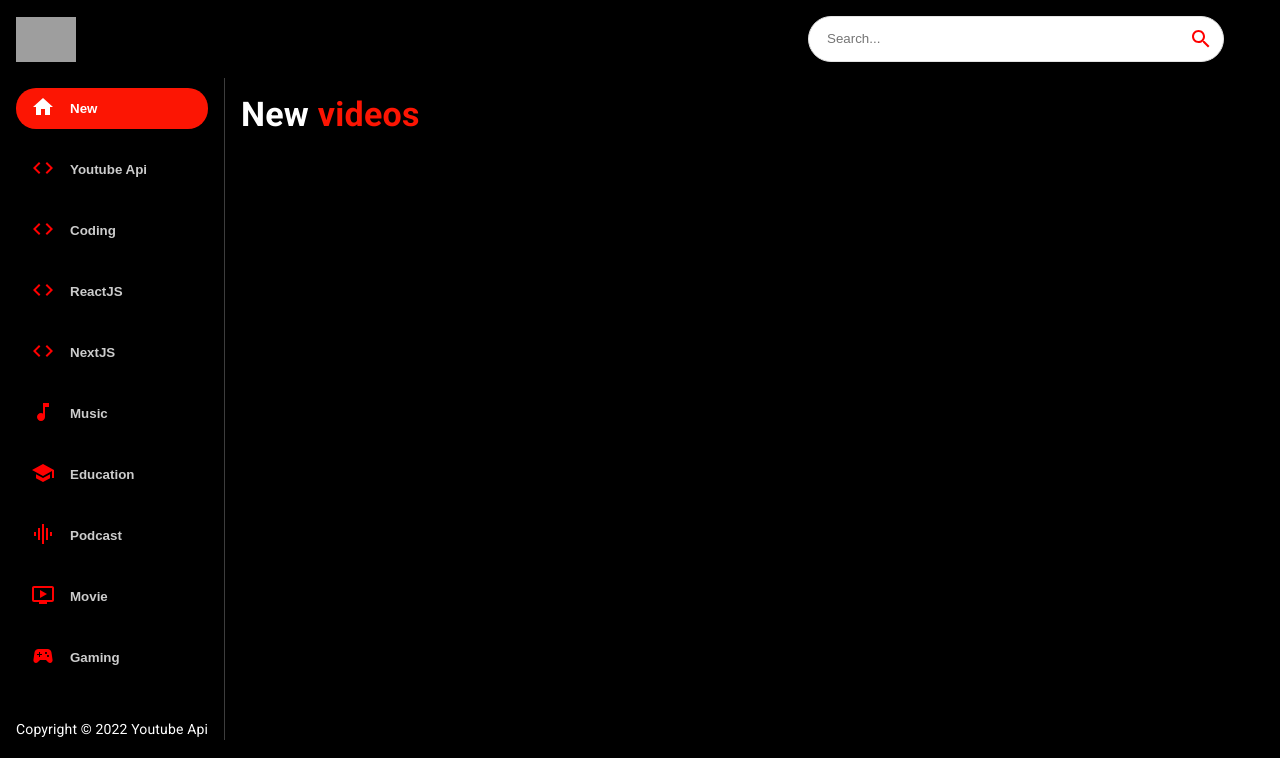
Repository: Ellisvelandia/YOUTUBE2
Page: /
These files come from the project's save history. The page is drawn as it stood at one moment and after the next save; the edit follows.
The browser window is 1280 px wide. The pictures show the whole page.
Pictures or frames that could not be fetched are drawn as grey boxes. The page's requests for data from a server got no answer. The project was rebuilt for these pictures with package versions that can differ from the ones it lists, and the page was loaded fresh each time. No one was signed in, and anything a server would have sent is missing. Also part of the build but not shown: src/components/ChannelCard.jsx, src/components/VideoCard.jsx, src/components/ChannelDetail.jsx, src/components/VideoDetail.jsx, src/components/SearchFeed.jsx.

Above is the page before, as saved 2022-08-26 19:39:25.

### public/index.html
<!DOCTYPE html>
<html lang="en">
  <head>
    <meta charset="utf-8" />
    <link rel="icon" href="%PUBLIC_URL%/favicon.ico" />
    <meta name="viewport" content="width=device-width, initial-scale=1" />
    <meta name="theme-color" content="#000000" />
    <meta
      name="description"
      content="Web site created using create-react-app"
    />
    <link rel="apple-touch-icon" href="%PUBLIC_URL%/logo192.png" />

    <link rel="manifest" href="%PUBLIC_URL%/manifest.json" />

    <link
      rel="stylesheet"
      href="https://fonts.googleapis.com/css?family=Roboto:300,400,500,700&display=swap"
    />
    <link
      rel="stylesheet"
      href="https://fonts.googleapis.com/icon?family=Material+Icons"
    />
    <title>Youtube 2.0 App</title>
  </head>
  <body>
    <noscript>You need to enable JavaScript to run this app.</noscript>
    <div id="root"></div>
  </body>
</html>

### src/components/index.js
export { default as ChannelCard } from './ChannelCard';
export { default as VideoCard } from './VideoCard';
export { default as ChannelDetail } from "./ChannelDetail";
export { default as Feed } from "./Feed";
// export { default as Loader } from './Loader';
export { default as Navbar } from "./Navbar";
export { default as SearchBar } from "./SearchBar";
export { default as VideoDetail } from "./VideoDetail";
export { default as SearchFeed } from "./SearchFeed";
export { default as Videos } from "./Videos";
export { default as Sidebar } from "./Sidebar";

### src/components/Feed.jsx
import React, { useEffect, useState } from "react";
import { Box, Stack, Typography } from "@mui/material";

import { fetchFromAPI } from "../utils/fetchFromAPI";
import {  Sidebar, Videos } from "../components";

const Feed = () => {
  const [selectedCategory, setSelectedCategory] = useState("New");
  const [videos, setVideos] = useState(null);

  useEffect(() => {
    setVideos(null);

    fetchFromAPI(`search?part=snippet&q=${selectedCategory}`).then((data) =>
      setVideos(data.items)
    );
  }, [selectedCategory]);

  return (
    <Stack sx={{ flexDirection: { sx: "column", md: "row" } }}>
      <Box
        sx={{
          height: { sx: "auto", md: "92vh" },
          borderRight: "1px solid #3d3d3d",
          px: { sx: 0, md: 2 },
        }}
      >
        <Sidebar
          selectedCategory={selectedCategory}
          setSelectedCategory={setSelectedCategory}
        />

        <Typography
          className="copyright"
          variant="body2"
          sx={{ mt: 1.5, color: "#fff" }}
        >
          Copyright © 2022 Youtube Api
        </Typography>
      </Box>

      <Box p={2} sx={{ overflowY: "auto", height: "90vh", flex: 2 }}>
        <Typography
          variant="h4"
          fontWeight="bold"
          mb={2}
          sx={{ color: "white" }}
        >
          {selectedCategory} <span style={{ color: "#FC1503" }}>videos</span>
        </Typography>

        <Videos videos={videos}/>
      </Box>
    </Stack>
  );
};

export default Feed;

### src/components/Navbar.jsx
import { Stack } from "@mui/material";
import { Link } from "react-router-dom";

import { logo } from "../utils/constants";
import SearchBar from "./SearchBar";

const Navbar = () => (
  <Stack
    direction="row"
    alignItems="center"
    p={2}
    sx={{
      position: "sticky",
      background: "#000",
      top: 0,
      justifyContent: "space-between",
    }}
  >
    <Link to="/" style={{ display: "flex", alignItems: "center" }}>
      <img src={logo} alt="logo" height={45} />
    </Link>
    <SearchBar />
  </Stack>
);

export default Navbar;

### src/components/SearchBar.jsx
// import { useState } from "react";
// import { useNavigate } from "react-router-dom";
import { Paper, IconButton } from "@mui/material";
import { Search } from "@mui/icons-material";

const SearchBar = () => {
  return (
    <Paper
      component="form"
      onSubmit={() => {}}
      sx={{
        borderRadius: 20,
        border: "1px solid #e3e3e3",
        pl: 2,
        boxShadow: "none",
        mr: { sm: 5 },
      }}
    >
      <input
        className="search-bar"
        placeholder="Search..."
        value=""
        onChange={() => {}}
      />
      <IconButton type="submit" sx={{ p: "10px", color: "red" }}>
        <Search />
      </IconButton>
    </Paper>
  );
};

export default SearchBar;

### src/components/Videos.jsx
import React from 'react';
// import { Stack, Box } from "@mui/material";

// import { ChannelCard, VideoCard } from "../components";

const Videos = ({ videos }) => {
  console.log(videos);
  return (
  <div>Videos</div>
    // <Stack
    //   direction="row"
    //   flexWrap="wrap"
    //   justifyContent="start"
    //   alignItems="start"
    //   gap={2}
    // >
    //   {videos.map((item, idx) => (
    //     <Box key={idx}>
    //       {item.id.videoId && <VideoCard video={item} />}
    //       {item.id.channelId && <ChannelCard channelDetail={item} />}
    //     </Box>
    //   ))}
    // </Stack>
  );
};

export default Videos;

### src/components/Sidebar.jsx
import React from "react";
import { Stack } from "@mui/material";

import { categories } from "../utils/constants";

const Categories = ({ selectedCategory, setSelectedCategory }) => (
  <Stack
    direction="row"
    sx={{
      overflowY: "auto",
      height: { sx: "auto", md: "95%" },
      flexDirection: { md: "column" },
    }}
  >
    {categories.map((category) => (
      <button
        className="category-btn"
        onClick={() => setSelectedCategory(category.name)}
        style={{
          background: category.name === selectedCategory && "#FC1503",
          color: "white",
        }}
        key={category.name}
      >
        <span
          style={{
            color: category.name === selectedCategory ? "white" : "red",
            marginRight: "15px",
          }}
        >
          {category.icon}
        </span>
        <span
          style={{ opacity: category.name === selectedCategory ? "1" : "0.8" }}
        >
          {category.name}
        </span>
      </button>
    ))}
  </Stack>
);

export default Categories;

### src/utils/fetchFromAPI.js
import axios from "axios";

const BASE_URL = 'https://youtube-v31.p.rapidapi.com/search';

const options = {
  params: {
    maxResults: "50",
  },
  headers: {
    "X-RapidAPI-Key":process.env.REACT_APP_RAPID_API_KEY,
    "X-RapidAPI-Host": "youtube-v31.p.rapidapi.com",
  },
};

export const fetchFromAPI = async (url) => {
  const { data } = await axios.get(`${BASE_URL}/${url}`, options);

  return data;
};

### src/utils/constants.js
import MusicNoteIcon from "@mui/icons-material/MusicNote";
import HomeIcon from "@mui/icons-material/Home";
import CodeIcon from "@mui/icons-material/Code";
import OndemandVideoIcon from "@mui/icons-material/OndemandVideo";
import SportsEsportsIcon from "@mui/icons-material/SportsEsports";
import LiveTvIcon from "@mui/icons-material/LiveTv";
import SchoolIcon from "@mui/icons-material/School";
import FaceRetouchingNaturalIcon from "@mui/icons-material/FaceRetouchingNatural";
import CheckroomIcon from "@mui/icons-material/Checkroom";
import GraphicEqIcon from "@mui/icons-material/GraphicEq";
import TheaterComedyIcon from "@mui/icons-material/TheaterComedy";
import FitnessCenterIcon from "@mui/icons-material/FitnessCenter";
import DeveloperModeIcon from "@mui/icons-material/DeveloperMode";

export const logo = "https://i.ibb.co/s9Qys2j/logo.png";

export const categories = [
  { name: "New", icon: <HomeIcon /> },
  { name: "Youtube Api", icon: <CodeIcon /> },
  { name: "Coding", icon: <CodeIcon /> },
  { name: "ReactJS", icon: <CodeIcon /> },
  { name: "NextJS", icon: <CodeIcon /> },
  { name: "Music", icon: <MusicNoteIcon /> },
  { name: "Education", icon: <SchoolIcon /> },
  { name: "Podcast", icon: <GraphicEqIcon /> },
  { name: "Movie", icon: <OndemandVideoIcon /> },
  { name: "Gaming", icon: <SportsEsportsIcon /> },
  { name: "Live", icon: <LiveTvIcon /> },
  { name: "Sport", icon: <FitnessCenterIcon /> },
  { name: "Fashion", icon: <CheckroomIcon /> },
  { name: "Beauty", icon: <FaceRetouchingNaturalIcon /> },
  { name: "Comedy", icon: <TheaterComedyIcon /> },
  { name: "Gym", icon: <FitnessCenterIcon /> },
  { name: "Crypto", icon: <DeveloperModeIcon /> },
];

export const demoThumbnailUrl = "https://i.ibb.co/G2L2Gwp/API-Course.png";
export const demoChannelUrl = "/channel/UCmXmlB4-HJytD7wek0Uo97A";
export const demoVideoUrl = "/video/GDa8kZLNhJ4";
export const demoChannelTitle = "JavaScript Mastery";
export const demoVideoTitle =
  "Build and Deploy 5 JavaScript & React API Projects in 10 Hours - Full Course | RapidAPI";
export const demoProfilePicture =
  "http://dergipark.org.tr/assets/app/images/buddy_sample.png";

Loaded but not shown: src/index.js (common file); src/App.js (common file); src/index.css (common file)

After the next save:
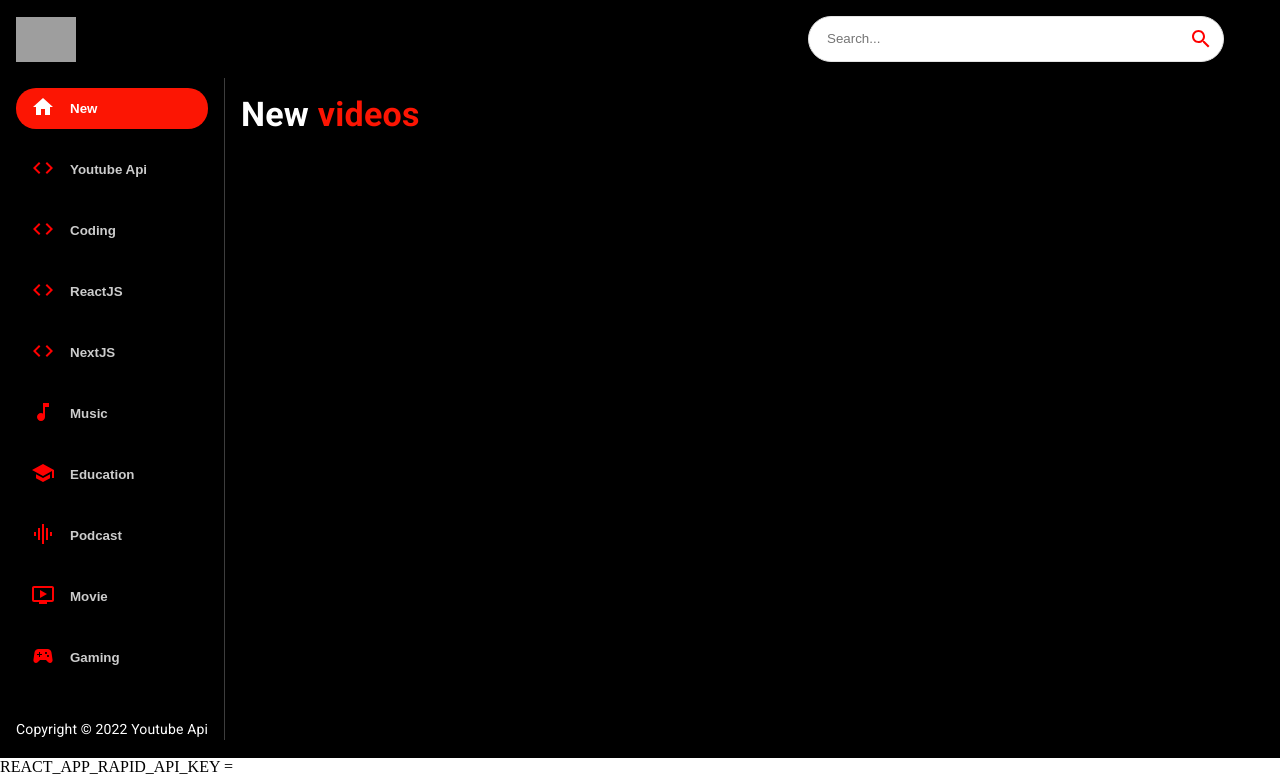
Saved 5 min 17 s later.
--- a/public/index.html
+++ b/public/index.html
@@ -27,4 +27,4 @@
     <noscript>You need to enable JavaScript to run this app.</noscript>
     <div id="root"></div>
   </body>
-</html>
+</html>REACT_APP_RAPID_API_KEY = <KEY></KEY>
